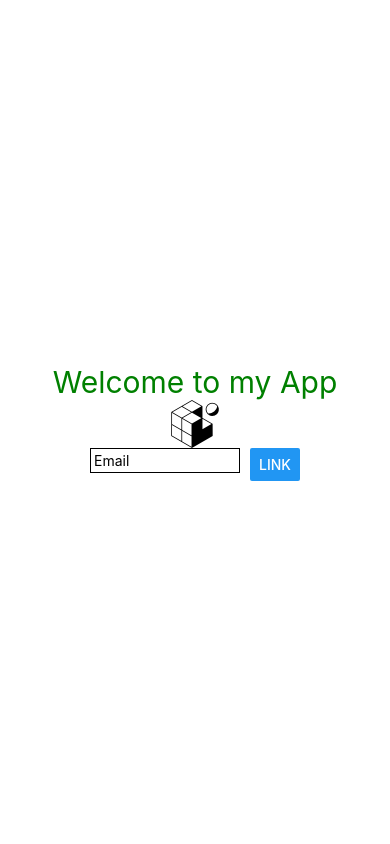
Repository: ntu34543/ReactNativeAndroid
Screen: /
These files come from the project's save history. The screen is drawn as it stood at one moment and after a run of saves; the edit follows.
The app was drawn by React Native's web renderer in a window 390 px wide. The project was rebuilt for these pictures with package versions that can differ from the ones it lists, and the page was loaded fresh each time.

Above is the screen before, as saved 2022-09-23 16:52:51.

After the next 2 saves:
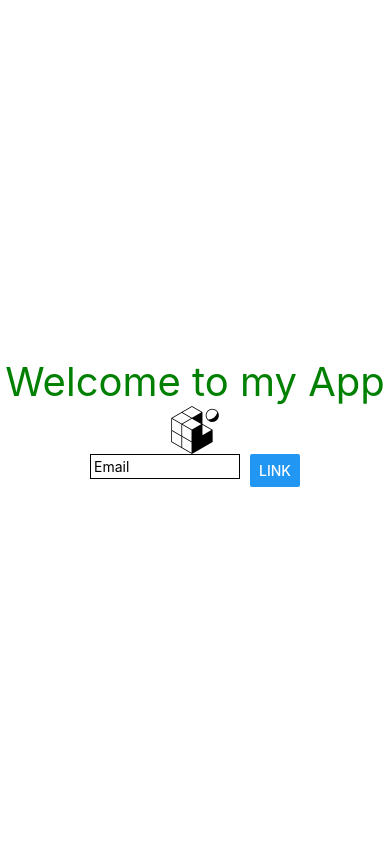
The 2 saves are shown as one change because they came seconds apart.
The last was saved 8 s later.
--- a/App.js
+++ b/App.js
@@ -41,7 +41,7 @@ const styles = StyleSheet.create({
     marginLeft: 10,
   },
   text: {
-    fontSize: 30,
+    fontSize: 40,
     color: 'green',
   }
 });
